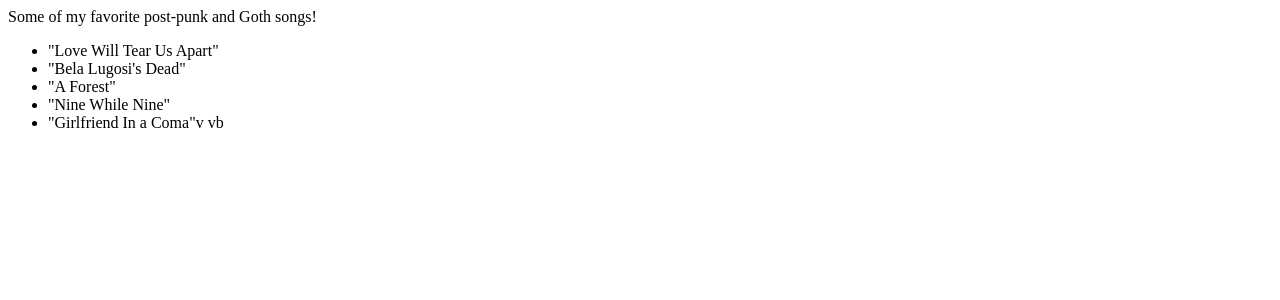
Repository: Dorycheng1989/HTML-Structure
Page: my_list.html
An editor plug-in stored every save of this project. The page is shown before and after the next save, followed by the edit.
The browser window is 1280 px wide. The pictures show the whole page.

Above is the page before, as saved 2023-03-07 20:15:00.

After the next save:
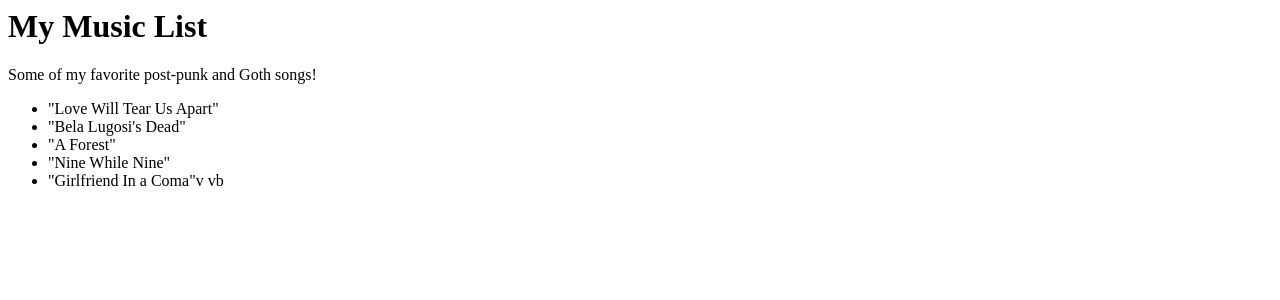
Saved 76 s later.
--- a/my_list.html
+++ b/my_list.html
@@ -1,3 +1,5 @@
+
+<h1>My Music List</h1>
 
 <p>Some of my favorite post-punk and Goth songs! </p>
 
